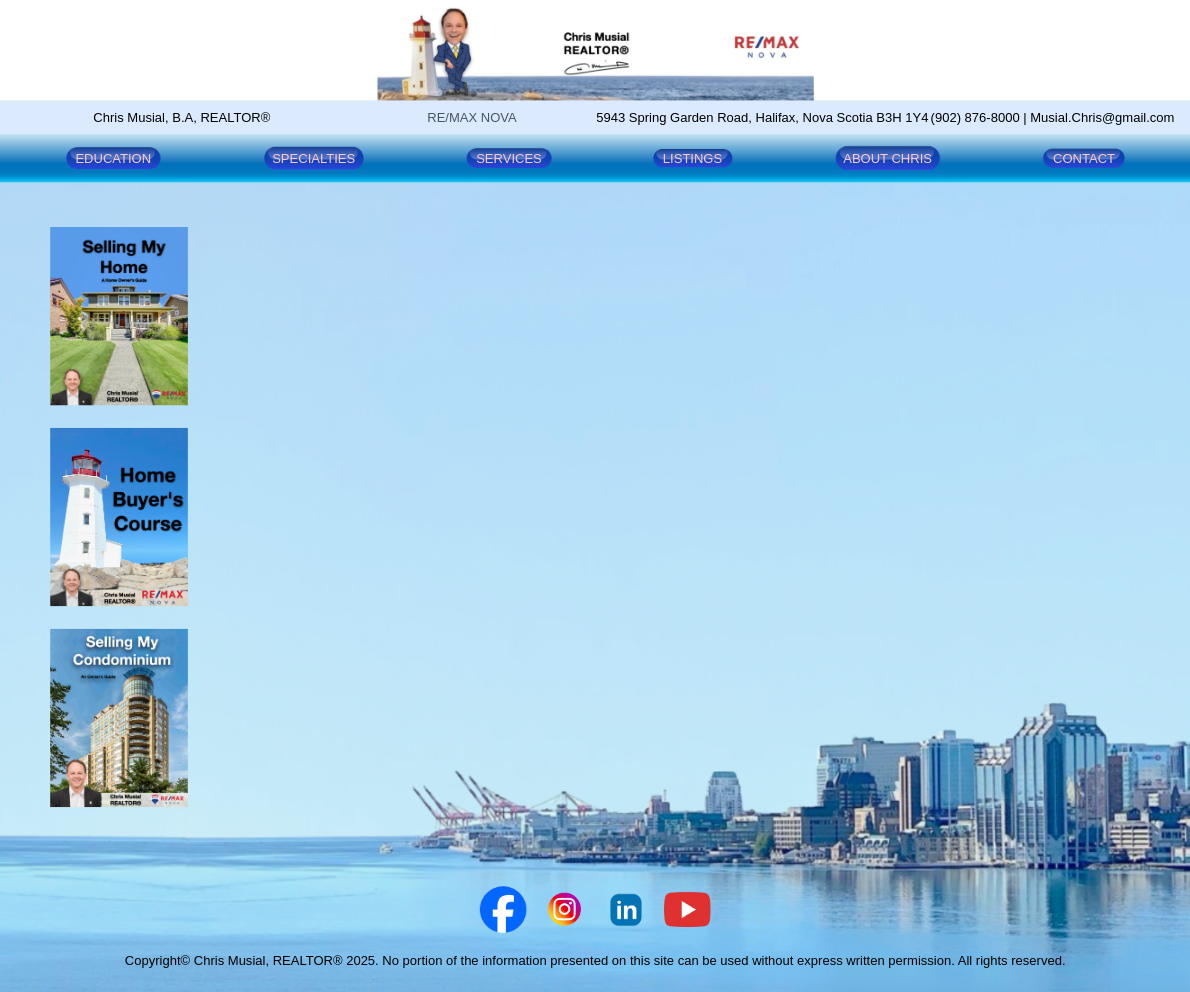
Repository: TMuse333/father-website
Page: / (app in frontend/)
These files come from the project's save history. The page is drawn as it stood at one moment and after a run of saves; the edit follows.
The browser window is 1280 px wide. The pictures show the whole page, at 93% of full size.
The project was rebuilt for these pictures with package versions that can differ from the ones it lists, and the page was loaded fresh each time. The framework's server and built-in components were replaced by stand-ins that run in the browser. Also part of the build but not shown: frontend/next.config.ts.

Above is the page before, as saved 2025-05-24 16:21:15.

### frontend/src/app/page.tsx
import { Metadata } from "next";



import Homepage from "@/components/homepage/homepage";

export const metadata: Metadata = {
  title: "Chris Musial | Halifax Real Estate Agent",
  description:
    "Chris Musial is a dedicated RE/MAX Nova real estate agent in Halifax, Nova Scotia, offering personalized services for buying, selling, and investing in properties.",
  keywords: [
    "Chris Musial",
    "Halifax real estate agent",
    "Real estate Halifax Nova Scotia",
    "RE/MAX Nova agent",
    "Halifax property services",
  ],
  openGraph: {
    title: "Chris Musial | Halifax Real Estate Agent",
    description:
      "Explore professional real estate services with Chris Musial at RE/MAX Nova in Halifax, Nova Scotia, for all your property needs.",
    url: "https://www.ChrisMusial.realtor",
    images: [
      {
        url: "https://www.ChrisMusial.realtor/father-header.png",
        width: 1200,
        height: 630,
        alt: "Chris Musial | RE/MAX Nova Real Estate Agent Halifax",
      },
    ],
    type: "website",
    locale: "en_US",
    siteName: "Chris Musial | Halifax Real Estate Agent",
  },
  icons: {
    icon: ["/favicon.ico?v=4"],
  },
};

export default function Home() {






  return (
<Homepage/>
  );
}

### frontend/src/components/homepage/homepage.tsx
"use client";

import Image from "next/image";


import { motion } from "framer-motion";

import Navbar from "@/components/navbar/navbar";
import Link from "next/link";
const Homepage = () => {




  const socialMedia = [
    {
        name: "Facebook",
        url: "https://www.facebook.com/Musial.Chris/",
        image: "/facebook.png",
      },


    {
      name: "Instagram",
      url: "https://www.instagram.com/chris_musial_real_estate/",
      image: "/instagram-logo.png",
    },
    {
      name: "LinkedIn",
      url: "https://www.linkedin.com/in/musialchris/?originalSubdomain=ca",
      image: "/linkedin-logo.png",
    },
    {
        name: "YouTube",
        url: "https://www.youtube.com/@ChrisMusialMarketingDirector",
        image: "/YouTube.png",
      },
  ];

  return (
    <div className="min-h-screen bg-gray-100 text-black flex flex-col relative">
      {/* Background Image */}
      <Image
        src="/portrait.png"
        alt="Cityscape Background"
        fill
        className="object-cover z-0 object-[50%_100%]
        sm:object-[0_120%] md:object-[0_100%]"
        priority
        // style={{ objectPosition: "0 100%" }}
      />

      {/* Header Section */}
      <header className="relative z-10 bg-white">
        <div className="relative w-screen h-[15vh] max-h-[150px]">
          <Image
            src="/father-header.webp"
            alt="Chris Musial Realtor"
            fill
            className="object-contain
            mx-auto"
            priority
          />
          {/* <div className=" absolute left-1/2 -translate-x-1/2
          top-1/2 flex flex-col">
             <h1 className="text-2xl font-bold text-black text-center  flex items-center justify-center z-[2]">
            Chris Musial
            <br/>REALTOR
          </h1> */}

          {/* <Image
          width={600}
          height={1300}
          src="/signature.png"
          alt='Chris musial signature'
          className="object-cover
          w-[40vw] max-w-[200px] mx-auto

         "
          />
          </div> */}


        </div>
        <div className="w-screen mx-auto flex flex-col sm:flex-row justify-between items-center bg-white shadow
       bg-blue-200">
          <div className="flex flex-col
          py-2  bg-blue-100 md:flex-row justify-between items-center w-full px-4 text-center
          max-w-[2000px]">
            <div className="flex flex-col md:flex-row text-xs md:text-sm md:w-1/2 justify-around mb-4 md:mb-0">
              <p>Chris Musial, B.A, REALTOR®</p>
              <p className="text-gray-600">RE/MAX NOVA</p>
            </div>
            <div className="flex flex-col md:flex-row text-xs md:text-sm md:w-1/2 justify-around">
              <p>5943 Spring Garden Road, Halifax, Nova Scotia B3H 1Y4</p>
              <p>(902) 876-8000 | Musial.Chris@gmail.com</p>
            </div>
          </div>
        </div>
      </header>

      {/* Navigation Section */}
     <Navbar
     excludedLink="Home"
     />


      {/* Brochure Section */}
      <section className="py-12 px-0 relative z-10">
      {/* <h2 className="text-3xl font-bold text-black mb-8 pl-4 md:pl-8">Resources</h2> */}
      <div className="flex flex-col gap-6 w-full md:w-48 ml-0 pl-4 md:pl-8">
        {[
          { src: "/home.png", alt: "Home Buyer's Course",
        link:'/SellingMyHome' },
          { src: "/buyer.png", alt: "Selling My Home",
          link:'/HomeBuyersCourse' },
          { src: "/condo.png", alt: "Selling My Condominium",
          link:'/SellingMyCondo' },
        ].map((item, index) => (
          <motion.div
            key={item.alt}
            className="relative w-48 h-48
            hover:scale-[1.1] transition-transform"
            initial={{ opacity: 0, x: -20 }}
            animate={{ opacity: 1, x: 0 }}
            transition={{ duration: 0.5, delay: index * 0.2 }}
          >
            <Link href={item.link}>


            <Image
              src={item.src}
              alt={item.alt}
              fill
              className="object-contain rounded-lg"
            />
            </Link>
          </motion.div>
        ))}
      </div>
    </section>

      {/* Contact Section */}
      {/* <section className="max-w-7xl mx-auto py-12 px-4 relative z-10">
        <h2 className="text-3xl font-bold text-black mb-8">Contact Me</h2>
        <p className="pr-10 w-full text-lg text-gray-700 mb-8">
          Fill out this form with your project details, and we’ll respond promptly
          to discuss elevating your online presence and taking your business{" "}
          <span className="font-semibold">to the next level.</span>
        </p>
        <form className="max-w-lg">
          <input
            type="text"
            placeholder="Your Name"
            className="w-full p-3 mb-4 border rounded"
          />
          <input
            type="email"
            placeholder="Your Email"
            className="w-full p-3 mb-4 border rounded"
          />
          <textarea
            placeholder="Your Project Details"
            className="w-full p-3 mb-4 border rounded"
          ></textarea>
          <button
            type="submit"
            className="bg-blue-600 text-white p-3 rounded hover:bg-blue-700"
          >
            Submit
          </button>
        </form>
      </section> */}

      {/* Footer Section */}
      <footer className="py-6 relative z-10 text-black
        ">
        <div className="max-w-7xl mx-auto px-4 flex flex-col items-center">
        <div className="flex space-x-4 mb-2">
            {socialMedia.map((platform) => (
              <a
                key={platform.name}
                href={platform.url}
                target="_blank"
                rel="noopener noreferrer"
                className="hover:scale-[1.1] transition-all"
              >
                <Image
                  src={platform.image}
                  alt={`${platform.name} Logo`}
                  width={32}
                  height={32}

                  className={` transition-transform duration-300 object-contain ${
                    platform.name === "instagram" ? "w-[100px] h-[100px] scale-[2] hover:scale-[2.5]" : "w-[50px] hover:scale-110 h-[75px]"
                  }`}
                />
              </a>
            ))}
          </div>
          <p className="text-sm text-center">
            Copyright© Chris Musial, REALTOR® 2025. No portion of the information
            presented on this site can be used without express written permission.
            All rights reserved.
          </p>
        </div>
      </footer>
    </div>
  );
}

export default Homepage

### frontend/src/components/navbar/navbar.tsx

"use client";

import React, { useState } from "react";
import { Menu, X } from "lucide-react";
import Link from 'next/link'

interface NavbarProps {
  excludedLink?: string;
}

const Navbar: React.FC<NavbarProps> = ({ excludedLink }) => {
  const [isMenuOpen, setIsMenuOpen] = useState(false);

  const toggleMenu = () => {
    setIsMenuOpen(!isMenuOpen);
  };

  const navItems = [
    { name: "Home", href: "/" },
    { name: "Education", href: "#education" },
    { name: "Specialties", href: "#specialties" },
    { name: "Services", href: "#services" },
    { name: "Listings", href: "#listings" },
    { name: "About Chris", href: "#about-chris" },
    { name: "Contact", href: "/contact" },
  ];

  const filteredNavItems = excludedLink
    ? navItems.filter(
        (item) => item.name.toLowerCase() !== excludedLink.toLowerCase()
      )
    : navItems;

  return (
    <nav
      className="text-white p-2 relative z-10"
      style={{
        backgroundImage: "url('/container.png')",
        backgroundSize: "cover",
        backgroundPosition: "center",
      }}
    >
      <div className="max-w-7xl mx-auto px-4">
        <div className="flex justify-between items-center md:hidden">
          <button onClick={toggleMenu} className="p-2 focus:outline-none">
            {isMenuOpen ? <X size={24} /> : <Menu size={24} />}
          </button>
        </div>
        <div
          className={`${
            isMenuOpen ? "flex" : "hidden"
          } md:flex flex-col md:flex-row md:justify-around md:space-x-4 space-y-2 md:space-y-0 py-2 md:py-0 transition-all duration-300 ease-in-out

          `}
        >
          {filteredNavItems.map((item) => (
            <Link
              key={item.name}
              href={item.href}
              className="px-4 py-2 rounded hover:scale-[1.15] text-center transition-all
             "
              style={{
                backgroundImage: "url('/button-bg.png')",
                backgroundSize: "cover",
                backgroundPosition: "center",
              }}
              onClick={() => setIsMenuOpen(false)}
            >
              <p className="text-sm lg:text-red-200 lg:text-md">
              {item.name.toUpperCase()}
              </p>

            </Link>
          ))}
        </div>
      </div>
    </nav>
  );
};

export default Navbar;

Loaded but not shown: frontend/src/app/layout.tsx (common file); frontend/src/app/globals.css (common file)

After the next 2 saves:
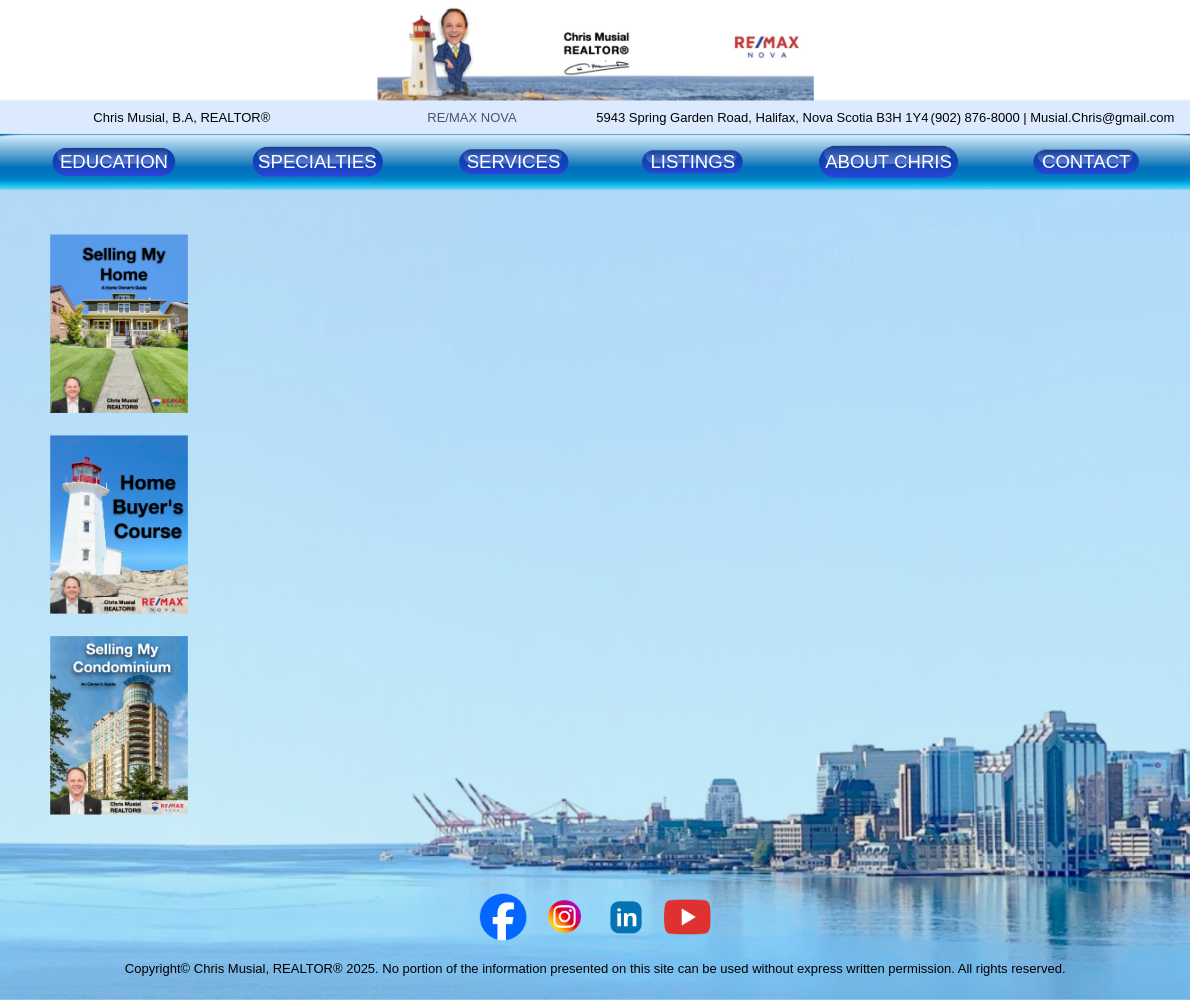
The 2 saves are shown as one change because they came seconds apart.
The last was saved 20 s later.
--- a/frontend/src/components/navbar/navbar.tsx
+++ b/frontend/src/components/navbar/navbar.tsx
@@ -67,7 +67,7 @@
               }}
               onClick={() => setIsMenuOpen(false)}
             >
-              <p className="text-sm lg:text-red-200 lg:text-md">
+              <p className="text-sm  lg:text-xl">
               {item.name.toUpperCase()}
               </p>
 

After the 2 saves that followed:
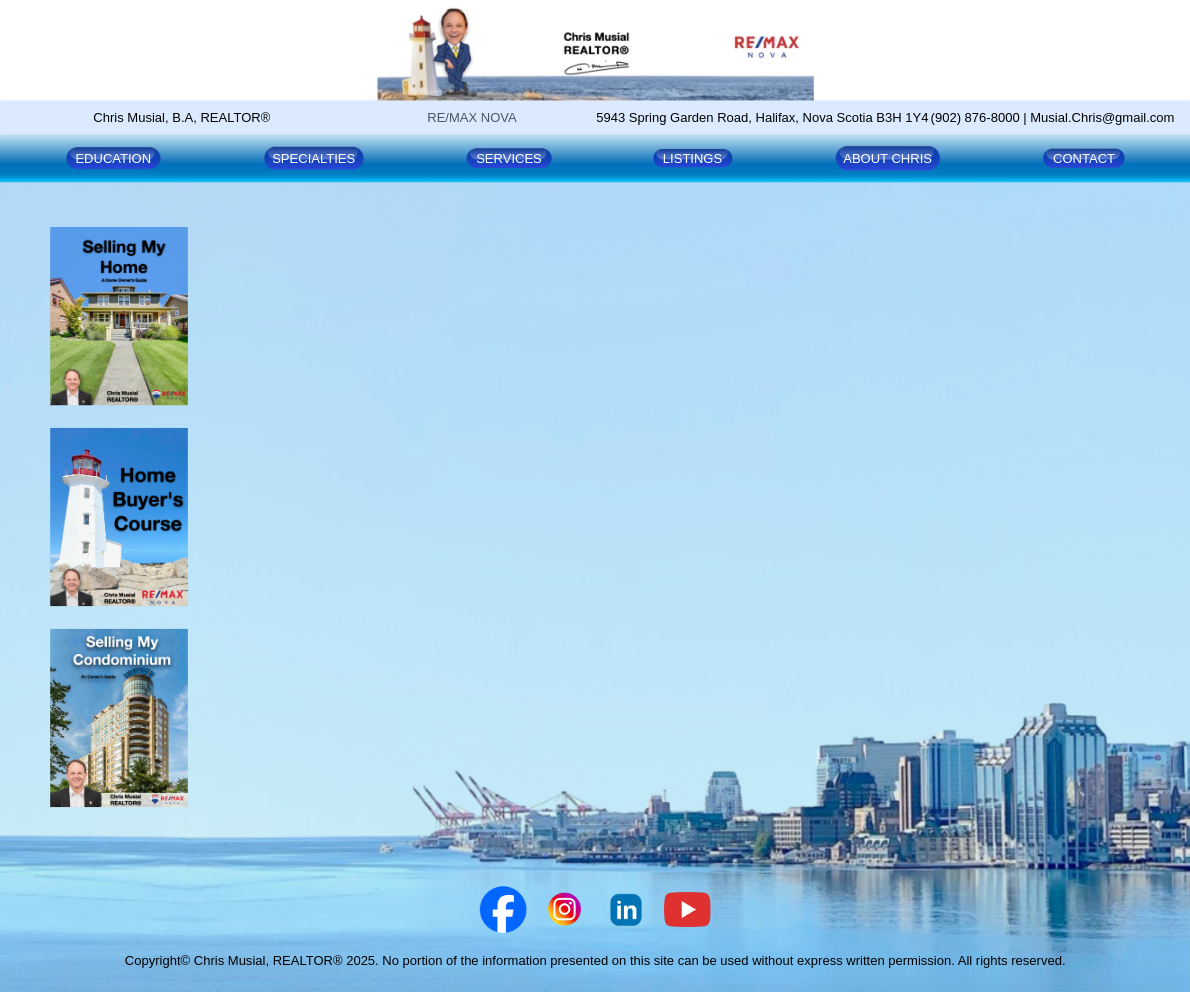
The 2 saves are shown as one change because 1 left the picture as it was.
The last was saved 29 s later.
--- a/frontend/src/components/navbar/navbar.tsx
+++ b/frontend/src/components/navbar/navbar.tsx
@@ -67,7 +67,7 @@
               }}
               onClick={() => setIsMenuOpen(false)}
             >
-              <p className="text-sm  lg:text-xl">
+              <p className="text-sm  ">
               {item.name.toUpperCase()}
               </p>
 
